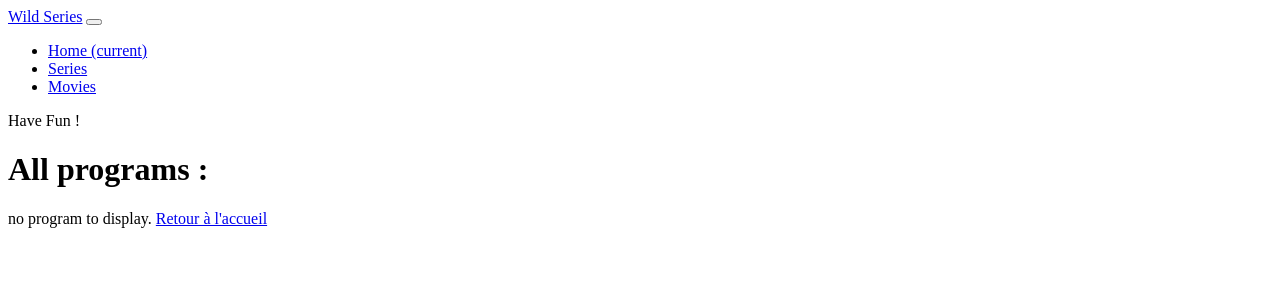
Repository: AurelieFqt/Wild-series
Page: templates/program/index.html.twig
An editor plug-in stored every save of this project. The page is shown before and after the next save, followed by the edit.
The browser window is 1280 px wide. The pictures show the whole page.
The page is a Twig template of a Symfony application; nobody is signed in and links lead nowhere. Other server files are loaded and not shown. The template is opened directly, without the code that normally fills it, so the values that code supplies are empty.

Above is the page before, as saved 2020-11-29 19:01:06.

### templates/program/index.html.twig
{% extends "base.html.twig" %}

{% block title %}All programs{% endblock %}

{% block body %}
    <h1>All programs : </h1>
    {% for program in programs %}
        <div>
            <h2>{{ loop.index }} / {{ program.title }} - Catégorie : {{ program.category.name }}</h2>
            <p>{{ program.summary }}</p>
            <a href="{{ path("program_show", { id: program.id }) }}">Voir la fiche</a>
        </div>
    {% else %}
        no program to display.
    {% endfor %}

    <a href="{{ path('app_index') }}">
        Retour à l'accueil
    </a>
{% endblock %}

### templates/base.html.twig
<!DOCTYPE html>
<html>
    <head>
        <meta charset="UTF-8">
        <link rel="icon" href="favicon.ico" />
        <title>{% block title %}Welcome!{% endblock %}</title>
        {% block stylesheets %}
            {{ encore_entry_link_tags('app') }}
        {% endblock %}
    </head>
    <body>
        {% block header %}
            {% include "program/_navbar.html.twig" %}
        {% endblock %}

        {% block body %}
        {% endblock %}
        {% block javascripts %}
            {{ encore_entry_script_tags('app') }}
        {% endblock %}
    </body>
</html>

### webpack.config.js
var Encore = require('@symfony/webpack-encore');

// Manually configure the runtime environment if not already configured yet by the "encore" command.
// It's useful when you use tools that rely on webpack.config.js file.
if (!Encore.isRuntimeEnvironmentConfigured()) {
    Encore.configureRuntimeEnvironment(process.env.NODE_ENV || 'dev');
}

Encore
    // directory where compiled assets will be stored
    .setOutputPath('public/build/')

    .copyFiles({
        from: './assets/images',
        // optional target path, relative to the output dir
        //to: 'images/[path][name].[ext]',
        // if versioning is enabled, add the file hash too
       //to: 'images/[path][name].[hash:8].[ext]',
        // only copy files matching this pattern
        //pattern: /\.(png|jpg|jpeg)$/
    })

    // public path used by the web server to access the output path
    .setPublicPath('/build')
    // only needed for CDN's or sub-directory deploy
    //.setManifestKeyPrefix('build/')

    /*
     * ENTRY CONFIG
     *
     * Add 1 entry for each "page" of your app
     * (including one that's included on every page - e.g. "app")
     *
     * Each entry will result in one JavaScript file (e.g. app.js)
     * and one CSS file (e.g. app.css) if your JavaScript imports CSS.
     */
    .addEntry('app', './assets/app.js')
    //.addEntry('page1', './assets/page1.js')
    //.addEntry('page2', './assets/page2.js')

    // When enabled, Webpack "splits" your files into smaller pieces for greater optimization.
    .splitEntryChunks()

    // will require an extra script tag for runtime.js
    // but, you probably want this, unless you're building a single-page app
    .enableSingleRuntimeChunk()

    /*
     * FEATURE CONFIG
     *
     * Enable & configure other features below. For a full
     * list of features, see:
     * https://symfony.com/doc/current/frontend.html#adding-more-features
     */
    .cleanupOutputBeforeBuild()
    .enableBuildNotifications()
    .enableSourceMaps(!Encore.isProduction())
    // enables hashed filenames (e.g. app.abc123.css)
    .enableVersioning(Encore.isProduction())

    // enables @babel/preset-env polyfills
    .configureBabelPresetEnv((config) => {
        config.useBuiltIns = 'usage';
        config.corejs = 3;
    })

    // enables Sass/SCSS support
    .enableSassLoader()

    // uncomment if you use TypeScript
    //.enableTypeScriptLoader()

    // uncomment to get integrity="..." attributes on your script & link tags
    // requires WebpackEncoreBundle 1.4 or higher
    //.enableIntegrityHashes(Encore.isProduction())

    // uncomment if you're having problems with a jQuery plugin
    //.autoProvidejQuery()

    // uncomment if you use API Platform Admin (composer req api-admin)
    //.enableReactPreset()
    //.addEntry('admin', './assets/admin.js')
;

module.exports = Encore.getWebpackConfig();

### templates/program/_navbar.html.twig
{% block header %}
  <nav class="navbar navbar-expand-lg navbar-dark bg-primary">
  <a class="navbar-brand" href="{{ path('app_index') }}">Wild Series</a>
  <button class="navbar-toggler" type="button" data-toggle="collapse" data-target="#navbarText" aria-controls="navbarText" aria-expanded="false" aria-label="Toggle navigation">
    <span class="navbar-toggler-icon"></span>
  </button>
  <div class="collapse navbar-collapse" id="navbarText">
    <ul class="navbar-nav mr-auto">
      <li class="nav-item active">
        <a class="nav-link" href="{{ path('app_index') }}">Home <span class="sr-only">(current)</span></a>
      </li>
      <li class="nav-item">
        <a class="nav-link" href="{{ path('program_index') }}">Series</a>
      </li>
      <li class="nav-item">
        <a class="nav-link" href="#">Movies</a>
      </li>
    </ul>
    <span class="navbar-text">
      Have Fun !
    </span>
  </div>
</nav>
{% endblock %}

After the next save:
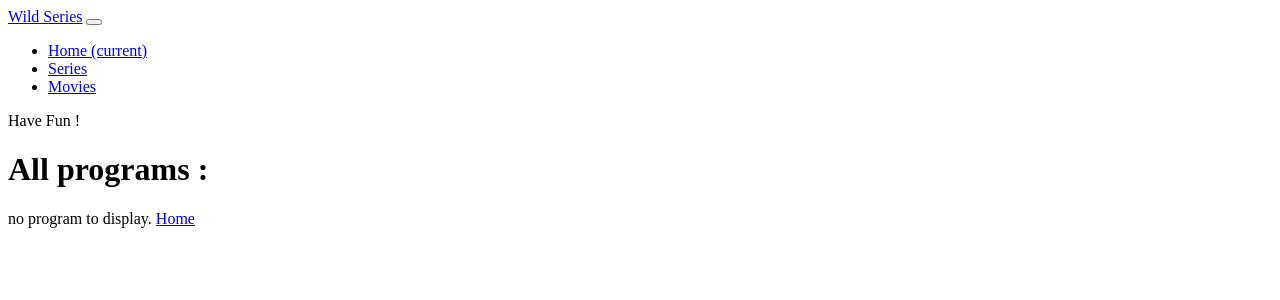
Saved 8 s later.
--- a/templates/program/index.html.twig
+++ b/templates/program/index.html.twig
@@ -15,6 +15,6 @@
     {% endfor %}
 
     <a href="{{ path('app_index') }}">
-        Retour à l'accueil
+        Home
     </a>
 {% endblock %}
